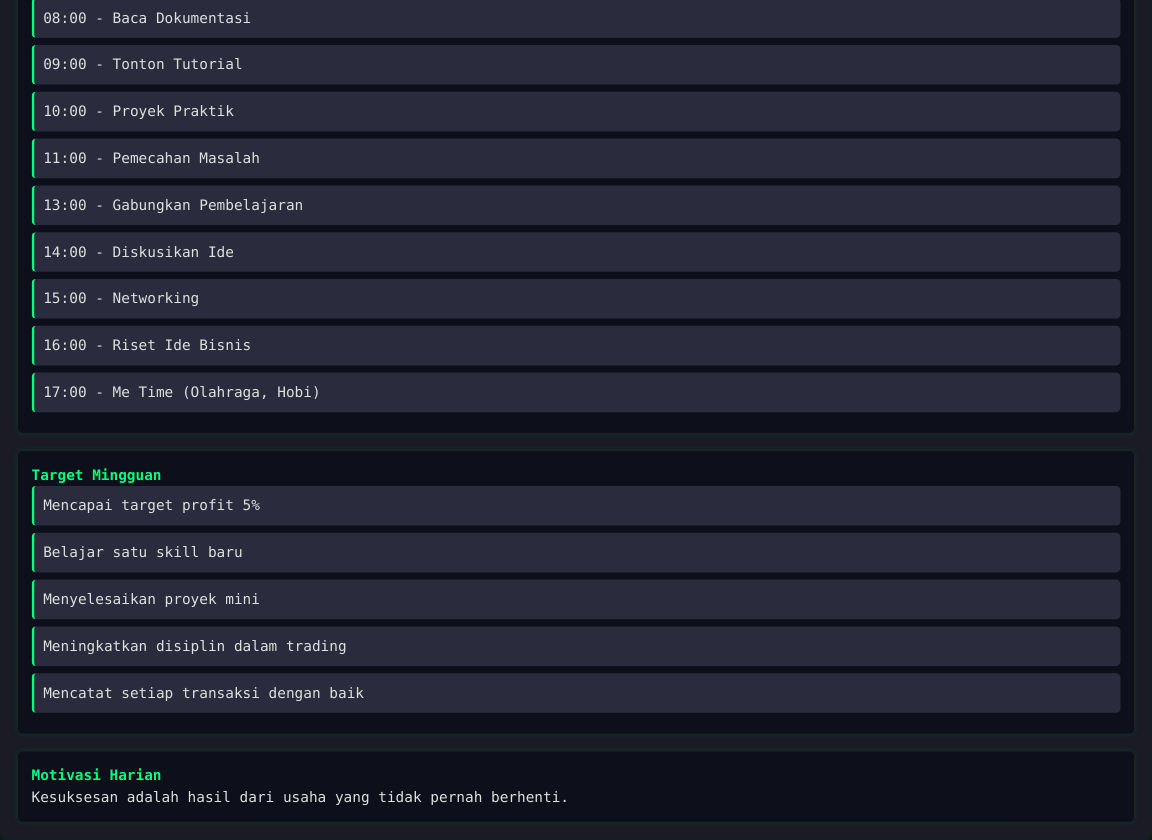
Repository: ALEX-RPL/To-Do-List
Page: index.html
The author's editor kept a copy of each file at every save. The page is drawn from the files as they stood at one save, then again after the next save.
The browser window is 1280 px wide. The pictures show the whole page, at 90% of full size.
Some web libraries are served in a nearby version.

Above is the page before, as saved 2024-11-04 17:56:09.

### index.html
<!DOCTYPE html>
<html lang="id">
<head>
    <meta charset="UTF-8">
    <meta name="viewport" content="width=device-width, initial-scale=1.0">
    <title>Dashboard To-Do List Harian</title>
    <script src="https://cdn.tailwindcss.com"></script>
    <style>
        body {
            background-color: #0e0e10;
            color: #e0e0e0;
            font-family: Consolas, "Courier New", monospace;
            display: flex;
            justify-content: center;
            align-items: center;
            height: 100vh;
        }
        .container {
            max-width: 800px;
            padding: 20px;
            background: #1a1b25;
            border-radius: 10px;
            box-shadow: 0px 0px 10px rgba(0, 255, 128, 0.2);
        }
        .title {
            font-size: 2rem;
            color: #00ff80;
            text-align: center;
            margin-bottom: 20px;
        }
        .day-select {
            background-color: #2a2c3d;
            color: #e0e0e0;
            padding: 10px;
            border: 1px solid #00ff80;
            border-radius: 5px;
            width: 100%;
        }
        ul {
            list-style-type: none;
            padding: 0;
        }
        li {
            padding: 10px;
            background: #2a2c3d;
            margin-bottom: 8px;
            border-radius: 5px;
            border-left: 3px solid #00ff80;
            cursor: pointer;
        }
        li.completed {
            text-decoration: line-through;
            color: #777;
        }
        .highlight {
            color: #00ff80;
            font-weight: bold;
        }
        .card {
            background: #0d0f1a;
            padding: 15px;
            border-radius: 5px;
            margin-top: 20px;
            box-shadow: 0px 0px 10px rgba(0, 255, 128, 0.1);
        }
    </style>
</head>
<body>

<div class="container">
    <h1 class="title">Dashboard To-Do List Harian</h1>

    <div class="mb-4">
        <label for="day-select" class="block text-sm font-medium">Pilih Hari</label>
        <select id="day-select" class="day-select">
            <option value="Sunday">Minggu</option>
            <option value="Monday">Senin</option>
            <option value="Tuesday">Selasa</option>
            <option value="Wednesday">Rabu</option>
            <option value="Thursday">Kamis</option>
            <option value="Friday">Jumat</option>
            <option value="Saturday">Sabtu</option>
        </select>
    </div>

    <div class="card">
        <h2 class="highlight">Jadwal Hari Ini</h2>
        <ul id="schedule-list"></ul>
    </div>

    <div class="card">
        <h2 class="highlight">Target Mingguan</h2>
        <ul id="goals-list"></ul>
    </div>

    <div class="card">
        <h2 class="highlight">Motivasi Harian</h2>
        <p id="motivation-text"></p>
    </div>
</div>

<script>
    const jadwal = {
        "Monday": {
            "04:30": "Bangun & Sholat Subuh",
            "04:45": "Analisis market & crypto",
            "05:15": "Persiapan mental hari ini",
            "05:30": "Mandi & Sarapan",
            "06:30": "Mulai sekolah",
            "15:00": "Istirahat & Sholat Ashar",
            "15:30": "Belajar Blockchain dasar",
            "16:15": "Latihan trading (demo account)",
            "17:00": "Me Time (Olahraga, Hobi)",
            "18:00": "Coding Smart Contract",
            "18:30": "Analisis Pasar",
            "19:00": "Kerjakan PR",
            "19:30": "Sholat & Makan Malam",
            "20:00": "Review & update jurnal trading",
            "21:00": "Istirahat"
        },
        "Tuesday": {
            "04:30": "Bangun & Sholat Subuh",
            "04:45": "Analisis Teknikal",
            "05:15": "Persiapan Mental",
            "05:30": "Mandi & Sarapan",
            "06:30": "Mulai sekolah",
            "15:00": "Istirahat & Sholat Ashar",
            "15:30": "Belajar Python Dasar",
            "16:15": "Belajar Konsep AI",
            "17:00": "Me Time (Olahraga, Hobi)",
            "18:00": "Belajar Machine Learning Dasar",
            "18:30": "Membuat Trading Bot",
            "19:00": "Kerjakan PR",
            "19:30": "Sholat & Makan Malam",
            "20:00": "Review & Rencanakan besok",
            "21:00": "Istirahat"
        },
        "Wednesday": {
            "04:30": "Bangun & Sholat Subuh",
            "04:45": "Analisis Fundamental",
            "05:15": "Cek Pasar",
            "05:30": "Mandi & Sarapan",
            "06:30": "Mulai sekolah",
            "15:00": "Istirahat & Sholat Ashar",
            "15:30": "Cyber Security Basic",
            "16:15": "Network Security",
            "17:00": "Me Time (Olahraga, Hobi)",
            "18:00": "Ethical Hacking",
            "18:30": "Review Trading",
            "19:00": "Kerjakan PR",
            "19:30": "Sholat & Makan Malam",
            "20:00": "Review & Update jurnal",
            "21:00": "Istirahat"
        },
        "Thursday": {
            "04:30": "Bangun & Sholat Subuh",
            "04:45": "Analisis Chart",
            "05:15": "Review Portfolio",
            "05:30": "Mandi & Sarapan",
            "06:30": "Mulai sekolah",
            "15:00": "Istirahat & Sholat Ashar",
            "15:30": "Belajar Trading Patterns",
            "16:15": "Belajar Risk Management",
            "17:00": "Me Time (Olahraga, Hobi)",
            "18:00": "Belajar Trading Strategy",
            "18:30": "Psikologi Pasar",
            "19:00": "Kerjakan PR",
            "19:30": "Sholat & Makan Malam",
            "20:00": "Review & Update jurnal",
            "21:00": "Istirahat"
        },
        "Friday": {
            "04:30": "Bangun & Sholat Subuh",
            "04:45": "Review Mingguan",
            "05:15": "Tetapkan Tujuan",
            "05:30": "Mandi & Sarapan",
            "06:30": "Mulai sekolah",
            "15:00": "Istirahat & Sholat Ashar",
            "15:30": "Integrasi Proyek",
            "16:15": "Review Kode",
            "17:00": "Me Time (Olahraga, Hobi)",
            "18:00": "Jurnal Trading",
            "18:30": "Analisis Kinerja",
            "19:00": "Kerjakan PR",
            "19:30": "Sholat & Makan Malam",
            "20:00": "Review & Rencanakan besok",
            "21:00": "Istirahat"
        },
        "Saturday": {
            "08:00": "Deep Learning AI",
            "09:00": "Latihan Trading",
            "10:00": "Coding Proyek",
            "11:00": "Testing & Debug",
            "13:00": "Studi Teknologi Baru",
            "14:00": "Riset Pasar",
            "15:00": "Evaluasi Mingguan",
            "16:00": "Persiapan Minggu Depan",
            "17:00": "Me Time (Olahraga, Hobi)"
        },
        "Sunday": {
            "08:00": "Baca Dokumentasi",
            "09:00": "Tonton Tutorial",
            "10:00": "Proyek Praktik",
            "11:00": "Pemecahan Masalah",
            "13:00": "Gabungkan Pembelajaran",
            "14:00": "Diskusikan Ide",
            "15:00": "Networking",
            "16:00": "Riset Ide Bisnis",
            "17:00": "Me Time (Olahraga, Hobi)"
        }
    };

    const targetMingguan = [
        "Mencapai target profit 5%",
        "Belajar satu skill baru",
        "Menyelesaikan proyek mini",
        "Meningkatkan disiplin dalam trading",
        "Mencatat setiap transaksi dengan baik"
    ];

    const motivasi = [
        "Kesuksesan adalah hasil dari usaha yang tidak pernah berhenti.",
        "Setiap hari adalah kesempatan baru untuk mencapai tujuan.",
        "Jangan takut gagal, takutlah jika tidak mencoba.",
        "Konsistensi adalah kunci untuk meraih impian.",
        "Belajar dari kesalahan adalah langkah menuju kesuksesan."
    ];

    function loadSchedule() {
        const day = document.getElementById("day-select").value;
        const scheduleList = document.getElementById("schedule-list");
        const goalsList = document.getElementById("goals-list");
        const motivationText = document.getElementById("motivation-text");

        scheduleList.innerHTML = "";
        for (const time in jadwal[day]) {
            const li = document.createElement("li");
            li.textContent = `${time} - ${jadwal[day][time]}`;
            li.addEventListener("click", () => {
                li.classList.toggle("completed");
            });
            scheduleList.appendChild(li);
        }

        goalsList.innerHTML = "";
        targetMingguan.forEach(goal => {
            const li = document.createElement("li");
            li.textContent = goal;
            goalsList.appendChild(li);
        });

        motivationText.textContent = motivasi[Math.floor(Math.random() * motivasi.length)];
    }

    document.getElementById("day-select").addEventListener("change", loadSchedule);
    loadSchedule();
</script>
</body>
</html>

After the next save:
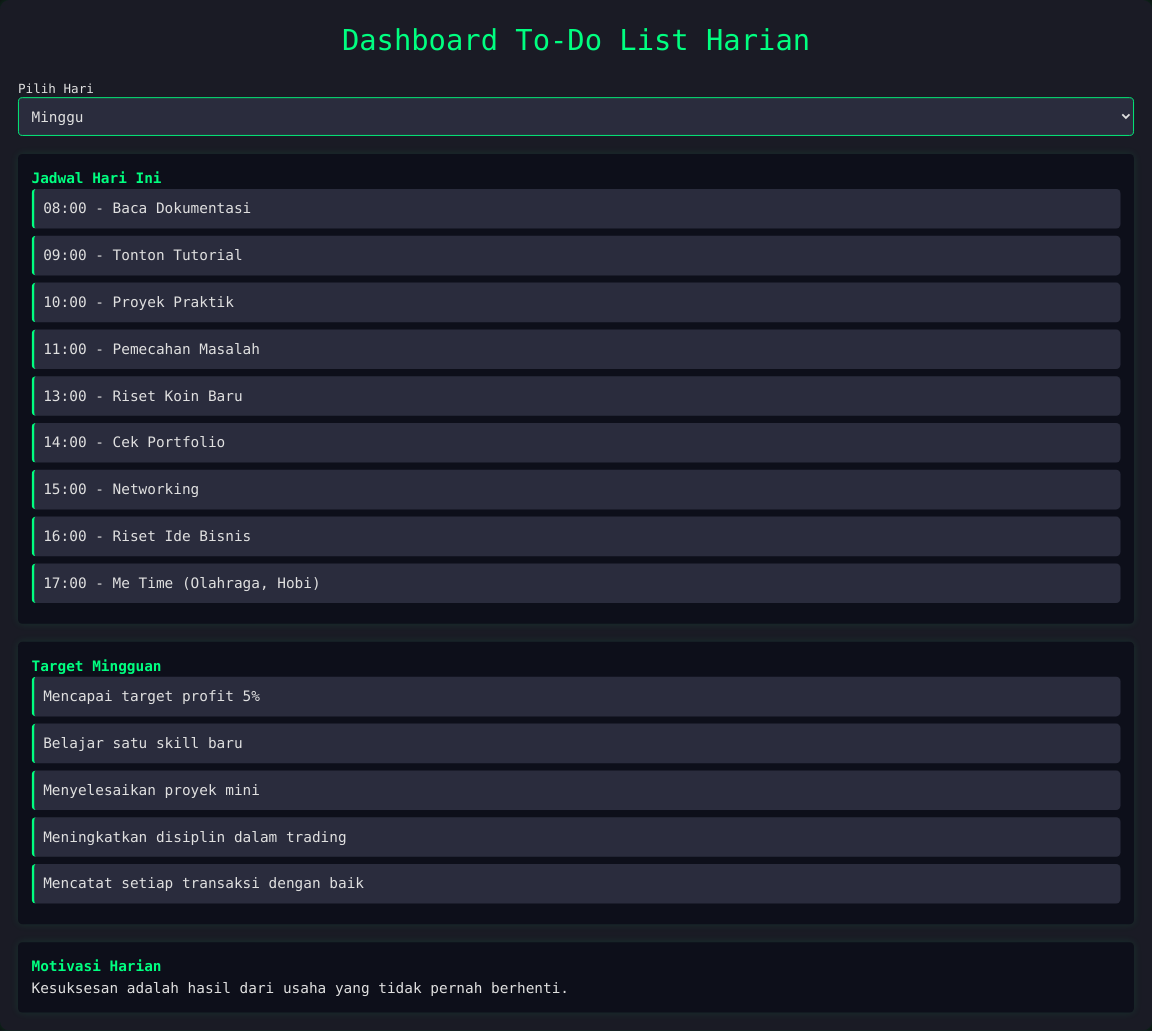
Saved 71 s later.
--- a/index.html
+++ b/index.html
@@ -10,13 +10,10 @@
             background-color: #0e0e10;
             color: #e0e0e0;
             font-family: Consolas, "Courier New", monospace;
-            display: flex;
-            justify-content: center;
-            align-items: center;
-            height: 100vh;
         }
         .container {
             max-width: 800px;
+            margin: auto;
             padding: 20px;
             background: #1a1b25;
             border-radius: 10px;
@@ -47,6 +44,10 @@
             border-radius: 5px;
             border-left: 3px solid #00ff80;
             cursor: pointer;
+            transition: background 0.3s;
+        }
+        li:hover {
+            background: #3a3c4d;
         }
         li.completed {
             text-decoration: line-through;
@@ -202,8 +203,8 @@
             "09:00": "Tonton Tutorial",
             "10:00": "Proyek Praktik",
             "11:00": "Pemecahan Masalah",
-            "13:00": "Gabungkan Pembelajaran",
-            "14:00": "Diskusikan Ide",
+            "13:00": "Riset Koin Baru",
+            "14:00": "Cek Portfolio",
             "15:00": "Networking",
             "16:00": "Riset Ide Bisnis",
             "17:00": "Me Time (Olahraga, Hobi)"
